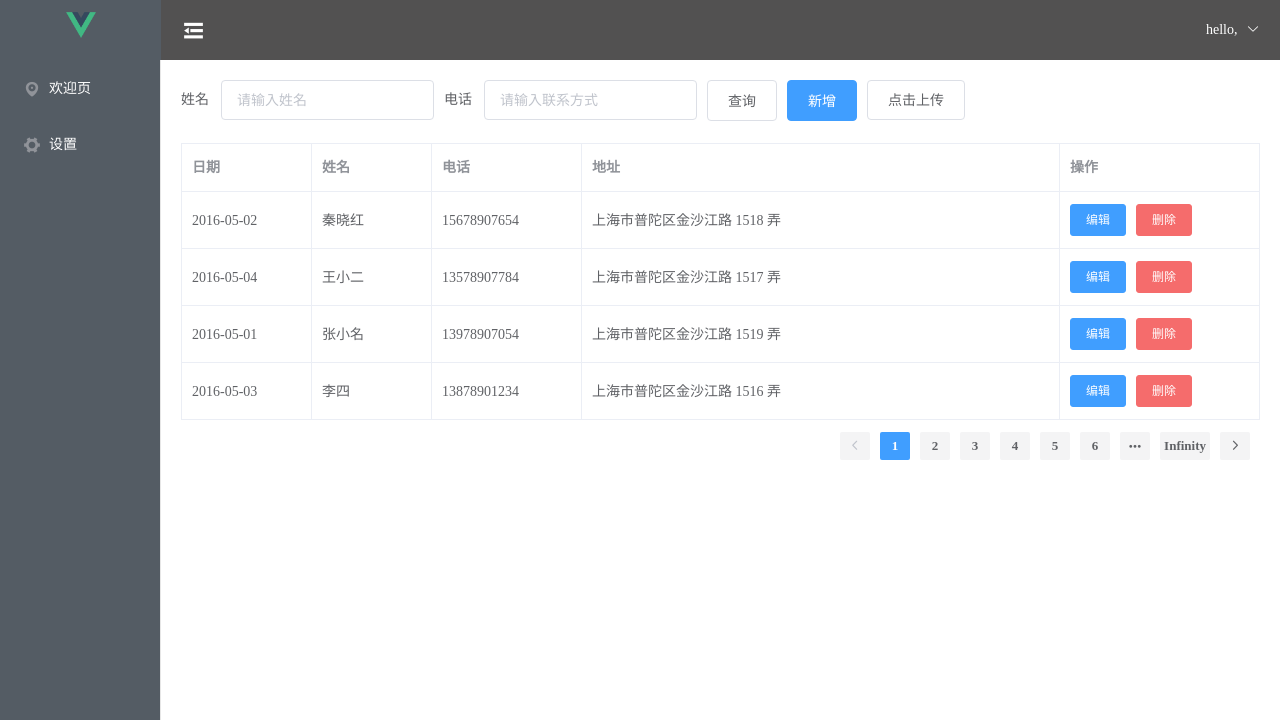
Repository: qianxuebing/admin
Page: /Layout/Table
These files come from the project's save history. The page is drawn as it stood at one moment and after the next save; the edit follows.
The browser window is 1280 px wide. The pictures show the whole page.
The project was rebuilt for these pictures with package versions that can differ from the ones it lists, and the page was loaded fresh each time. Also part of the build but not shown: src/views/login/Login.vue. Imported but missing from the stored project, and not drawn on this page: src/views/home/Home.

Above is the page before, as saved 2020-01-13 10:48:46.

After the next save:
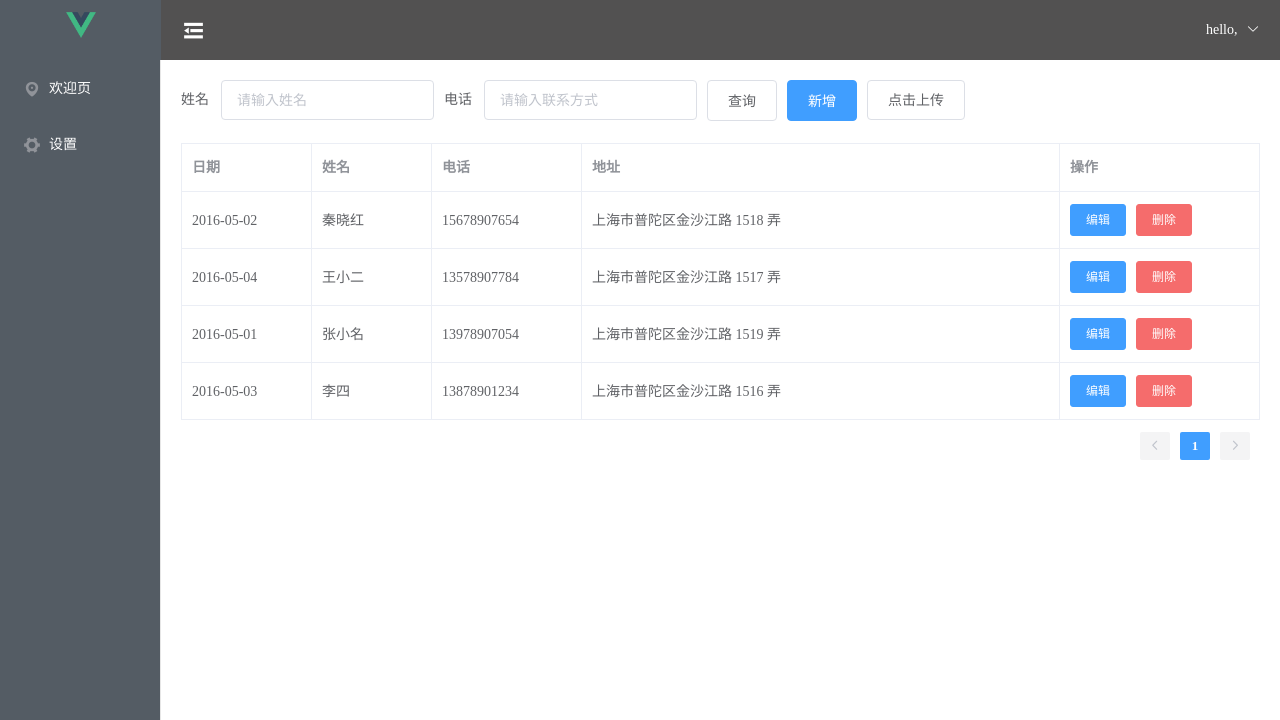
Saved 107 s later.
--- a/src/views/table/Table.vue
+++ b/src/views/table/Table.vue
@@ -98,7 +98,7 @@ export default {
       fileList: [],
       dialogFormVisible: false,
       editIndex: 0,
-      pageSize: 0,
+      pageSize: 1,
       currentPage: 1,
       total: 1,
       formInline: {
